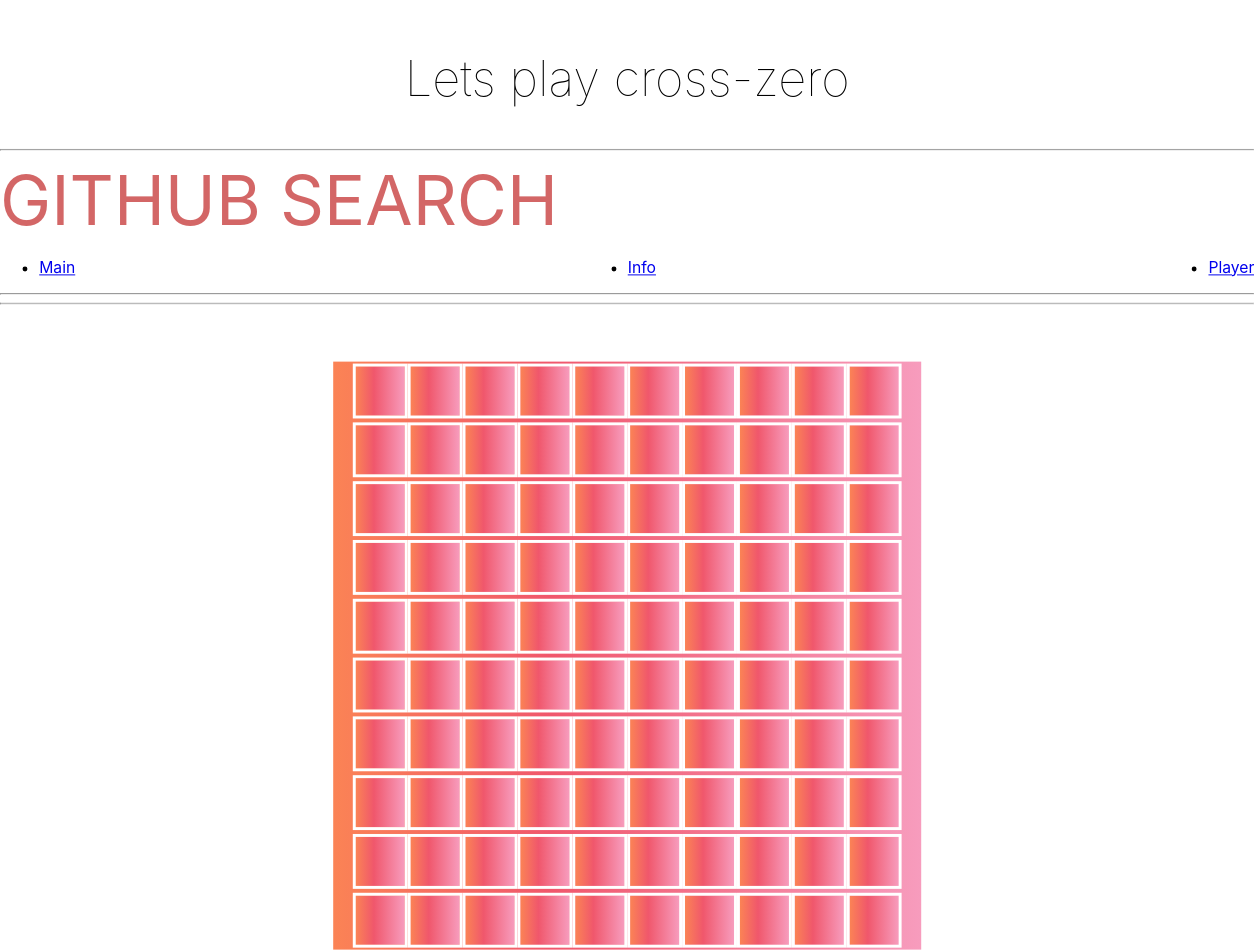
Repository: PGVlasov/cross-zero-game
Page: /
The author's editor kept a copy of each file at every save. The page is drawn from the files as they stood at one save, then again after the next save.
The browser window is 1280 px wide. The pictures show the whole page, at 98% of full size.
The project was rebuilt for these pictures with package versions that can differ from the ones it lists, and the page was loaded fresh each time. Also part of the build but not shown: webpack.config.js.

Above is the page before, as saved 2020-12-01 13:46:51.

### src/App.js
import { BrowserRouter, Switch, Route } from "react-router-dom";
import Field1 from "./Containers/Field/Field1";
import { Header } from "./Containers/Header/Header";
import { Navbar } from "./Containers/Navbar/Navbar";

function App() {
  return (
    <div>
      <BrowserRouter>
        <Header />
        <hr />
        <Navbar />
        <hr />
        <hr />
        <Field1 />
      </BrowserRouter>
    </div>
  );
}

export default App;

### src/Containers/Field/Field1.js
import React from "react";
import classes from "./Field1.module.css";
let move = 0;

class Field1 extends React.Component {
  constructor(props) {
    super(props);
    this.myRef = React.createRef();

    this.onSetValue = this.onSetValue.bind(this);
  }

  onSetValue(event) {
    if (move % 2 === 0) {
      event.target.innerHTML = "X";
    } else {
      event.target.innerHTML = "0";
    }
    move++;

    if (event.target.innerHTML !== "") {
      alert("Поле затято");
    }
    // console.log(event);
    // console.log(event.target.innerHTML);
  }

  //   onSetZero() {}

  render() {
    return (
      <div className={classes.conteiner}>
        <div
          className={classes.area}
          ref={this.myRef}
          onClick={this.onSetValue}
        >
          <div className={classes.table}></div>
          <div className={classes.table}></div>
          <div className={classes.table}></div>
          <div className={classes.table}></div>
          <div className={classes.table}></div>
          <div className={classes.table}></div>
          <div className={classes.table}></div>
          <div className={classes.table}></div>
          <div className={classes.table}></div>
          <div className={classes.table}></div>
          <div className={classes.table}></div>
          <div className={classes.table}></div>
          <div className={classes.table}></div>
          <div className={classes.table}></div>
          <div className={classes.table}></div>
          <div className={classes.table}></div>
          <div className={classes.table}></div>
          <div className={classes.table}></div>
          <div className={classes.table}></div>
          <div className={classes.table}></div>
          <div className={classes.table}></div>
          <div className={classes.table}></div>
          <div className={classes.table}></div>
          <div className={classes.table}></div>
          <div className={classes.table}></div>
          <div className={classes.table}></div>
          <div className={classes.table}></div>
          <div className={classes.table}></div>
          <div className={classes.table}></div>
          <div className={classes.table}></div>
          <div className={classes.table}></div>
          <div className={classes.table}></div>
          <div className={classes.table}></div>
          <div className={classes.table}></div>
          <div className={classes.table}></div>
          <div className={classes.table}></div>
          <div className={classes.table}></div>
          <div className={classes.table}></div>
          <div className={classes.table}></div>
          <div className={classes.table}></div>
          <div className={classes.table}></div>
          <div className={classes.table}></div>
          <div className={classes.table}></div>
          <div className={classes.table}></div>
          <div className={classes.table}></div>
          <div className={classes.table}></div>
          <div className={classes.table}></div>
          <div className={classes.table}></div>
          <div className={classes.table}></div>
          <div className={classes.table}></div>
          <div className={classes.table}></div>
          <div className={classes.table}></div>
          <div className={classes.table}></div>
          <div className={classes.table}></div>
          <div className={classes.table}></div>
          <div className={classes.table}></div>
          <div className={classes.table}></div>
          <div className={classes.table}></div>
          <div className={classes.table}></div>
          <div className={classes.table}></div>
          <div className={classes.table}></div>
          <div className={classes.table}></div>
          <div className={classes.table}></div>
          <div className={classes.table}></div>
          <div className={classes.table}></div>
          <div className={classes.table}></div>
          <div className={classes.table}></div>
          <div className={classes.table}></div>
          <div className={classes.table}></div>
          <div className={classes.table}></div>
          <div className={classes.table}></div>
          <div className={classes.table}></div>
          <div className={classes.table}></div>
          <div className={classes.table}></div>
          <div className={classes.table}></div>
          <div className={classes.table}></div>
          <div className={classes.table}></div>
          <div className={classes.table}></div>
          <div className={classes.table}></div>
          <div className={classes.table}></div>
          <div className={classes.table}></div>
          <div className={classes.table}></div>
          <div className={classes.table}></div>
          <div className={classes.table}></div>
          <div className={classes.table}></div>
          <div className={classes.table}></div>
          <div className={classes.table}></div>
          <div className={classes.table}></div>
          <div className={classes.table}></div>
          <div className={classes.table}></div>
          <div className={classes.table}></div>
          <div className={classes.table}></div>
          <div className={classes.table}></div>
          <div className={classes.table}></div>
          <div className={classes.table}></div>
          <div className={classes.table}></div>
          <div className={classes.table}></div>
          <div className={classes.table}></div>
          <div className={classes.table}></div>
          <div className={classes.table}></div>
        </div>
      </div>
    );
  }
}

export default Field1;

### src/Containers/Header/Header.js
import classes from "./Header.module.css";
import React from "react";

export const Header = () => {
  return (
    <div>
      <h2 className={classes.Header}>Lets play cross-zero</h2>
    </div>
  );
};

### src/Containers/Navbar/Navbar.js
import React from "react";
import { NavLink } from "react-router-dom";
import classes from "./navbar.module.css";

export const Navbar = () => (
  <nav className="navbar">
    <div className={classes.navbarHeader}>GITHUB SEARCH</div>
    <ul className={classes.navbar}>
      <li className="nav-item">
        <NavLink exact to="/" className="nav-link">
          Main
        </NavLink>
      </li>
      <li className="nav-item">
        <NavLink to="/about" className="nav-link">
          Info
        </NavLink>
      </li>
      <li className="nav-item">
        <NavLink to="/about" className="nav-link">
          Player
        </NavLink>
      </li>
    </ul>
  </nav>
);

### src/Containers/Field/Field1.module.css
.area {
  width: 600px;
  height: 600px;
  max-width: 600 px;
  display: flex;
  justify-content: center;
  margin-top: 50px;
  font-size: 500;
  background: linear-gradient(90deg, #fb8355 0%, #f0576c 37%, #f79cbd 100%);
  align-items: center;
  flex-wrap: wrap;
}

.table {
  display: flex;
  width: 50px;
  height: 50px;
  font-size: 500;
  border: white 3px solid;
  background: linear-gradient(90deg, #fb8355 0%, #f0576c 37%, #f79cbd 100%);
  font-size: 45px;
  color: whitesmoke;
  justify-content: center;
  align-items: center;
}

.conteiner {
  display: flex;
  justify-content: center;
}

.btn {
  font-size: 40px;
  color: whitesmoke;
}

### src/Containers/Header/Header.module.css
.Header {
  display: flex;
  justify-content: center;
  margin-top: 50px;
  font-size: 50px;
  font-weight: 100;
}

### src/Containers/Navbar/navbar.module.css
.navbar {
  display: flex;
  justify-content: space-between;
}

.navbarHeader {
  font-size: 70px;
  color: rgb(211, 102, 102);
}

Loaded but not shown: public/index.html (common file); src/index.js (common file); src/index.css (common file); src/reportWebVitals.js (common file)

After the next save:
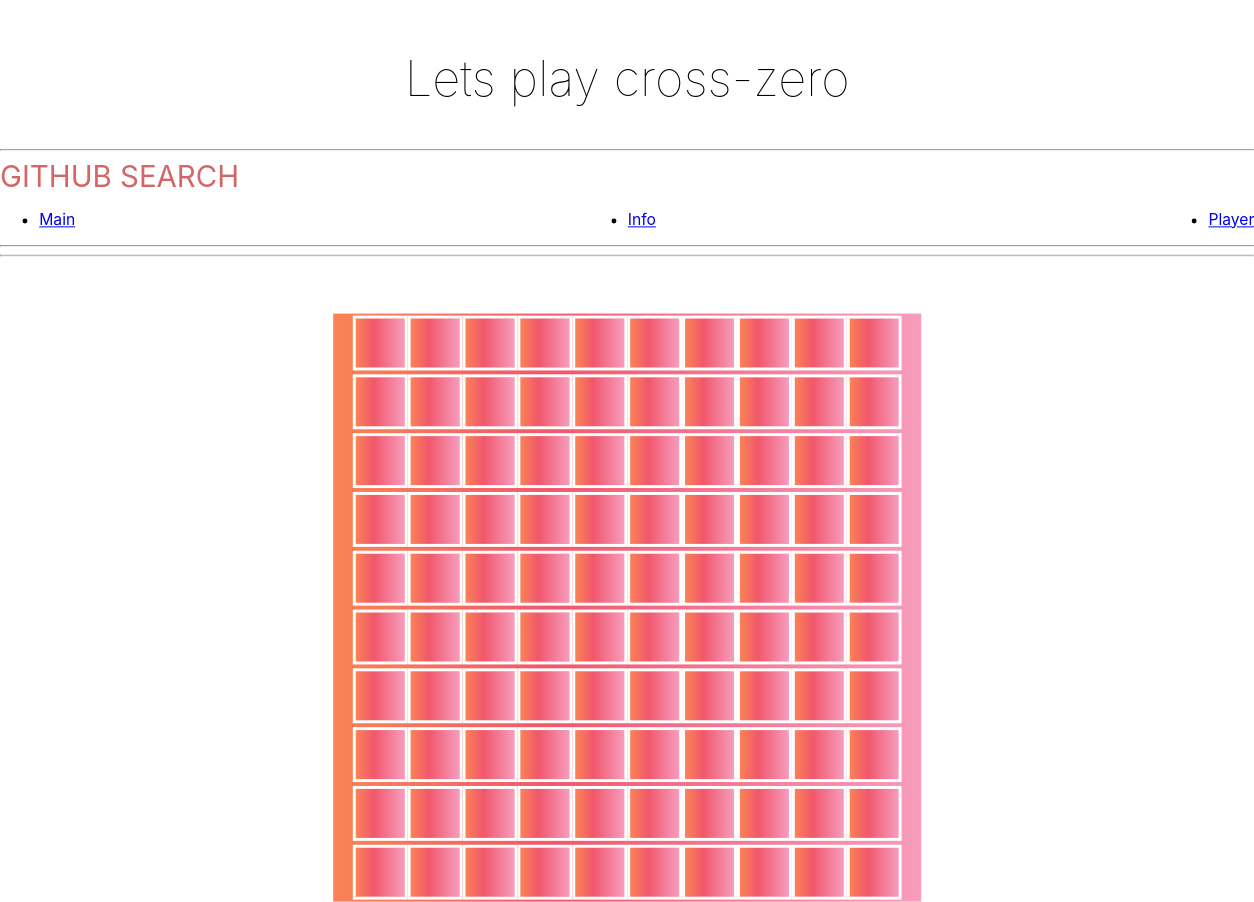
Saved 6 s later.
--- a/src/Containers/Navbar/navbar.module.css
+++ b/src/Containers/Navbar/navbar.module.css
@@ -4,6 +4,6 @@
 }
 
 .navbarHeader {
-  font-size: 70px;
+  font-size: 30px;
   color: rgb(211, 102, 102);
 }
